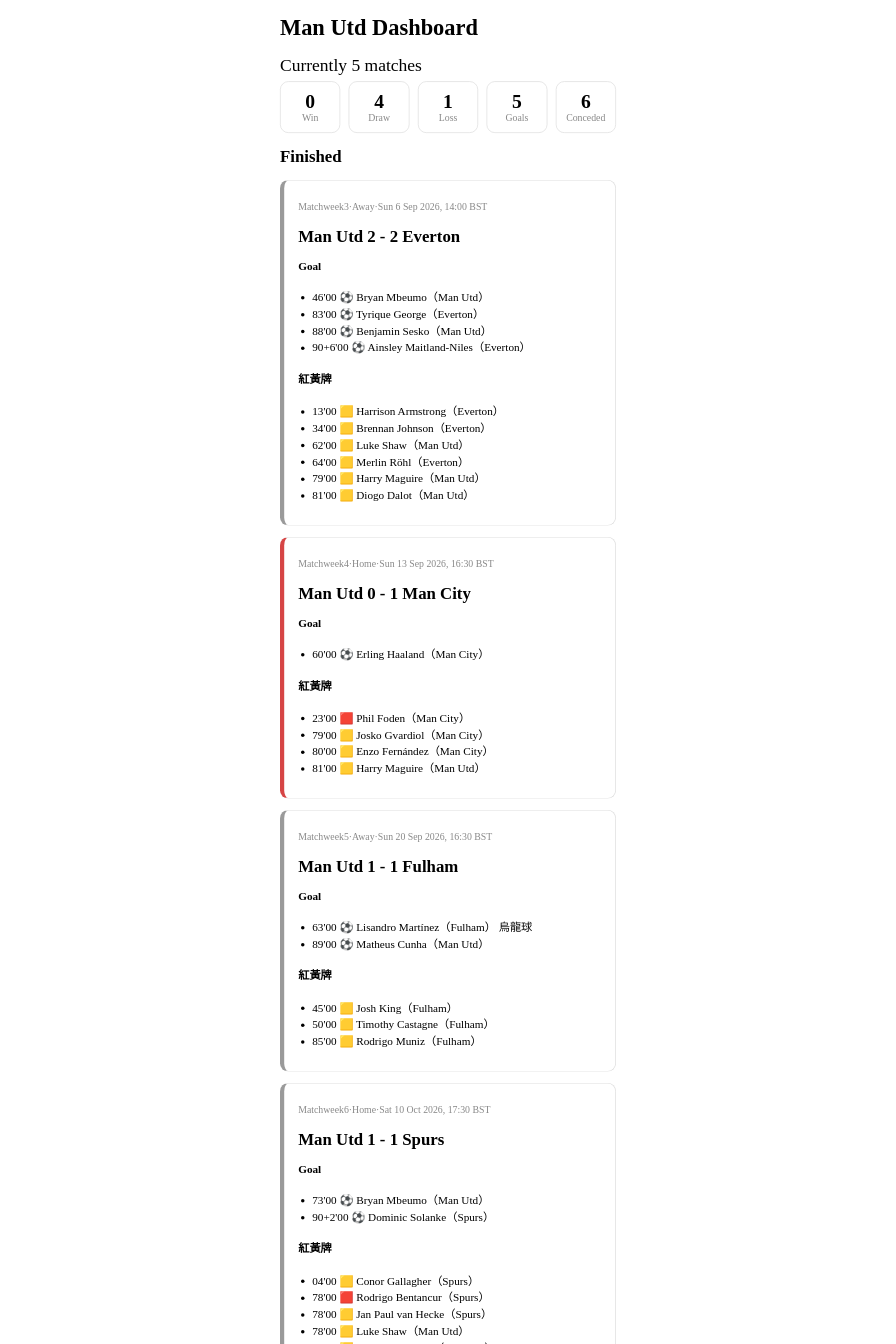
Repository: Chengyu0814/Premier-League-Dashboard
Page: / (app in frontend/)
The author's editor kept a copy of each file at every save. The page is drawn from the files as they stood at one save, then again after a run of saves.
The browser window is 1280 px wide. The pictures show the part of the page from y = 0 to 1920 px (the page is 2962 px tall before and 2932 px after), at 70% of full size.
The project was rebuilt for these pictures with package versions that can differ from the ones it lists, and the page was loaded fresh each time. Also part of the build but not shown: frontend/vite.config.js.

Above is the page before, as saved 2026-10-27 14:15:21.

### frontend/src/App.jsx
import PremierLeague from'./PremierLeague.jsx';
import "./index.css";

function App() {

  return (
    <>
    <PremierLeague/>
    </>
)
}

export default App

### frontend/src/PremierLeague.jsx
import { useState, useEffect } from 'react'
import MatchCard from './MatchCard.jsx'
 import Summary from './Summary.jsx'

function PremierLeague() {

  const [matches, setMatches] = useState([])

  useEffect(() => {
    fetch('/man_utd_summary.json')
      .then((res) => res.json())
      .then((data) => {setMatches(data)})
    }, [])

  const finished = matches.filter((m) => m.status === 'C')
  const upcoming = matches.filter((m) => m.status === 'U')

  return (
    <div className="dashboard">
    <h1>Man Utd Dashboard</h1>
    <Summary matches={finished}/>
     <h2>Finished</h2>
    {finished.map(
      (m) =>(<MatchCard key={m.gameweek} match={m} />)
    )}
    <h2>Upcoming</h2>
    {upcoming.map((m) => <MatchCard key={m.gameweek} match={m} />)}
    </div>
)
}

export default PremierLeague

### frontend/src/index.css
.dashboard {
    max-width: 480px;
    margin: 0 auto;
    padding: 0 16px;
}

.match-card{
    border: 1px solid #ddd;
    border-radius: 12px;
    padding: 16px 20px;
    margin: 16px 0;
    max-width: 480px;
    text-align: left;
}

.match-card.result-W { border-left: 6px solid #2e9e5b; }
.match-card.result-D { border-left: 6px solid #9a9a9a; }
.match-card.result-L { border-left: 6px solid #d64545; }

.match-card .kickoff{
    color: #888;
    font-size: 14px;
}

.match-card ul{
    padding-left: 20px;
}

.summary {
    display: flex;
    gap: 12px;
    max-width: 480px;
}
.stat {
    flex: 1;
    border: 1px solid #ddd;
    border-radius: 12px;
    padding: 12px 0;
    text-align: center;
}
.stat-value {
    font-size: 28px;
    font-weight: bold;
}
.stat-label {
    color: #888;
    font-size: 14px;
}
.match-card.upcoming {
    border-style: dashed;
  }

.match-count {
    color: black;
    font-size: 25px;
    margin-bottom: 8px;
    text-align: left;
}

### frontend/src/MatchCard.jsx
import { getSides, getResult } from './matchUtils.js'

const CARD_LABEL = { Y: '🟨', R: '🟥', YR: '🟨🟥' }

function MatchCard({ match }) {
  const { gameweek, kickoff, status, goals, cards } = match
  const { isHome, us, them } = getSides(match)
  const venue = isHome ? 'Home' : 'Away'

  if (status !== 'C') {
  return (
    <div className="match-card upcoming">
      <p className="kickoff">Matchweek{gameweek}·{venue}·{kickoff}</p>
      <h2>{us.team} vs {them.team}</h2>
    </div>
  )
  }
  const { result } = getResult(match)
  return (
  <div className={`match-card result-${result}`}>
    <p className="kickoff">Matchweek{gameweek}·{venue}·{kickoff}</p>
    <h2>{us.team} {us.score} - {them.score} {them.team}</h2>

    <h4>Goal</h4>
    <ul>
    {goals.map((g, i) => (
      <li key={i}>
        {g.time} ⚽ {g.player}（{g.team}）
        {g.type === 'O' && ' 烏龍球'}
        {g.type === 'P' && ' 點球'}
      </li>
      ))}

    </ul>
    <h4>紅黃牌</h4>
    <ul>
      {cards.map((c, i) => (
        <li key={i}>
          {c.time} {CARD_LABEL[c.card]} {c.player}（{c.team}）
        </li>
    ))}
    </ul>
  </div>
  )
}

export default MatchCard

### frontend/src/Summary.jsx
import { getResult } from './matchUtils.js'

function Summary({ matches }) {
    let win = 0, draw = 0, loss = 0, goalsFor = 0, goalsAgainst = 0

    for (const m of matches) {

        const {us, them, result} = getResult(m)

        goalsFor += us.score
        goalsAgainst += them.score
        if (result==="W") win++
        else if (result==="D") draw++
        else loss++
    }

    const stats = [
        { label: 'Win', value: win },
        { label: 'Draw', value: draw },
        { label: 'Loss', value: loss },
        { label: 'Goals', value: goalsFor },
        { label: 'Conceded', value: goalsAgainst }
    ]

    return (
    <div>
    <div className="match-count">Currently {matches.length} matches</div>
    <div className="summary">
        {stats.map((s) => (
        <div key={s.label} className="stat">
            <div className="stat-value">{s.value}</div>
            <div className="stat-label">{s.label}</div>
        </div>
        ))}
    </div>
    </div>
    )
}

export default Summary

### frontend/src/matchUtils.js
export const TEAM = 'Man Utd'

export function getSides(match) {
    const isHome = match.home.team === TEAM
    const us = isHome ? match.home : match.away
    const them = isHome ? match.away : match.home
    return { isHome, us, them }
}

export function getResult(match) {
    const { us, them } = getSides(match)

    let result = 'D'
    if (us.score > them.score) result = 'W'
    else if (us.score < them.score) result = 'L'

    return { us, them, result }
}

### frontend/public/man_utd_summary.json
[
  {
    "gameweek": 3,
    "kickoff": "Sun 6 Sep 2026, 14:00 BST",
    "status": "C",
    "home": {
      "team": "Everton",
      "score": 2
    },
    "away": {
      "team": "Man Utd",
      "score": 2
    },
    "goals": [
      {
        "time": "46'00",
        "team": "Man Utd",
        "player": "Bryan Mbeumo",
        "type": "G"
      },
      {
        "time": "83'00",
        "team": "Everton",
        "player": "Tyrique George",
        "type": "G"
      },
      {
        "time": "88'00",
        "team": "Man Utd",
        "player": "Benjamin Sesko",
        "type": "G"
      },
      {
        "time": "90+6'00",
        "team": "Everton",
        "player": "Ainsley Maitland-Niles",
        "type": "G"
      }
    ],
    "cards": [
      {
        "time": "13'00",
        "team": "Everton",
        "player": "Harrison Armstrong",
        "card": "Y"
      },
      {
        "time": "34'00",
        "team": "Everton",
        "player": "Brennan Johnson",
        "card": "Y"
      },
      {
        "time": "62'00",
        "team": "Man Utd",
        "player": "Luke Shaw",
        "card": "Y"
      },
      {
        "time": "64'00",
        "team": "Everton",
        "player": "Merlin Röhl",
        "card": "Y"
      },
      {
        "time": "79'00",
        "team": "Man Utd",
        "player": "Harry Maguire",
        "card": "Y"
      },
      {
        "time": "81'00",
        "team": "Man Utd",
        "player": "Diogo Dalot",
        "card": "Y"
      }
    ]
  },
  {
    "gameweek": 4,
    "kickoff": "Sun 13 Sep 2026, 16:30 BST",
    "status": "C",
    "home": {
      "team": "Man Utd",
      "score": 0
    },
    "away": {
      "team": "Man City",
      "score": 1
    },
    "goals": [
      {
        "time": "60'00",
        "team": "Man City",
        "player": "Erling Haaland",
        "type": "G"
      }
    ],
    "cards": [
      {
        "time": "23'00",
        "team": "Man City",
        "player": "Phil Foden",
        "card": "R"
      },
      {
        "time": "79'00",
        "team": "Man City",
        "player": "Josko Gvardiol",
        "card": "Y"
      },
      {
        "time": "80'00",
        "team": "Man City",
        "player": "Enzo Fernández",
        "card": "Y"
      },
      {
        "time": "81'00",
        "team": "Man Utd",
        "player": "Harry Maguire",
        "card": "Y"
      }
    ]
  },
  {
    "gameweek": 5,
    "kickoff": "Sun 20 Sep 2026, 16:30 BST",
    "status": "C",
    "home": {
      "team": "Fulham",
      "score": 1
    },
    "away": {
      "team": "Man Utd",
      "score": 1
    },
    "goals": [
      {
        "time": "63'00",
        "team": "Fulham",
        "player": "Lisandro Martínez",
        "type": "O"
      },
      {
        "time": "89'00",
        "team": "Man Utd",
        "player": "Matheus Cunha",
        "type": "G"
      }
    ],
    "cards": [
      {
        "time": "45'00",
        "team": "Fulham",
        "player": "Josh King",
        "card": "Y"
      },
      {
        "time": "50'00",
        "team": "Fulham",
        "player": "Timothy Castagne",
        "card": "Y"
      },
      {
        "time": "85'00",
        "team": "Fulham",
        "player": "Rodrigo Muniz",
        "card": "Y"
      }
    ]
  },
  {
    "gameweek": 6,
    "kickoff": "Sat 10 Oct 2026, 17:30 BST",
    "status": "C",
    "home": {
      "team": "Man Utd",
      "score": 1
    },
    "away": {
      "team": "Spurs",
      "score": 1
    },
    "goals": [
      {
        "time": "73'00",
        "team": "Man Utd",
        "player": "Bryan Mbeumo",
        "type": "G"
      },
      {
        "time": "90+2'00",
        "team": "Spurs",
        "player": "Dominic Solanke",
        "type": "G"
      }
    ],
    "cards": [
      {
        "time": "04'00",
        "team": "Spurs",
        "player": "Conor Gallagher",
        "card": "Y"
      },
      {
        "time": "78'00",
        "team": "Spurs",
        "player": "Rodrigo Bentancur",
        "card": "R"
      },
      {
        "time": "78'00",
        "team": "Spurs",
        "player": "Jan Paul van Hecke",
        "card": "Y"
      },
      {
        "time": "78'00",
        "team": "Man Utd",
        "player": "Luke Shaw",
        "card": "Y"
      },
      {
        "time": "84'00",
        "team": "Man Utd",
        "player": "Bruno Fernandes",
        "card": "Y"
      },
      {
        "time": "87'00",
        "team": "Man Utd",
        "player": "Lisandro Martínez",
        "card": "Y"
      },
      {
        "time": "90+6'00",
        "team": "Man Utd",
        "player": "Diogo Dalot",
        "card": "Y"
      },
      {
        "time": "90+8'00",
        "team": "Spurs",
        "player": "Archie Gray",
        "card": "Y"
      }
    ]
  },
  {
    "gameweek": 7,
    "kickoff": "Sun 18 Oct 2026, 14:00 BST",
    "status": "C",
    "home": {
      "team": "Leeds",
      "score": 1
    },
    "away": {
      "team": "Man Utd",
      "score": 1
    },
    "goals": [
      {
        "time": "35'00",
        "team": "Man Utd",
        "player": "Bryan Mbeumo",
        "type": "G"
      },
      {
        "time": "51'00",
        "team": "Leeds",
        "player": "Dominic Calvert-Lewin",
        "type": "G"
      }
    ],
    "cards": [
      {
        "time": "17'00",
        "team": "Man Utd",
        "player": "Bruno Fernandes",
        "card": "Y"
      },
      {
        "time": "19'00",
        "team": "Leeds",
        "player": "Gabriel Gudmundsson",
        "card": "Y"
      },
      {
        "time": "90+2'00",
        "team": "Man Utd",
        "player": "Andrey Santos",
        "card": "Y"
      },
      {
        "time": "90+2'00",
        "team": "Leeds",
        "player": "Ethan Ampadu",
        "card": "Y"
      }
    ]
  },
  {
    "gameweek": 8,
    "kickoff": "Sun 25 Oct 2026, 14:00 GMT",
    "status": "U",
    "home": {
      "team": "Man Utd",
      "score": null
    },
    "away": {
      "team": "Bournemouth",
      "score": null
    },
    "goals": [],
    "cards": []
  },
  {
    "gameweek": 9,
    "kickoff": "Sat 31 Oct 2026, 12:30 GMT",
    "status": "U",
    "home": {
      "team": "Chelsea",
      "score": null
    },
    "away": {
      "team": "Man Utd",
      "score": null
    },
    "goals": [],
    "cards": []
  },
  {
    "gameweek": 10,
    "kickoff": "Sun 8 Nov 2026, 16:30 GMT",
    "status": "U",
    "home": {
      "team": "Man Utd",
      "score": null
    },
    "away": {
      "team": "Aston Villa",
      "score": null
    },
    "goals": [],
    "cards": []
  }
]

Loaded but not shown: frontend/index.html (common file); frontend/src/main.jsx (common file)

After the next 3 saves:
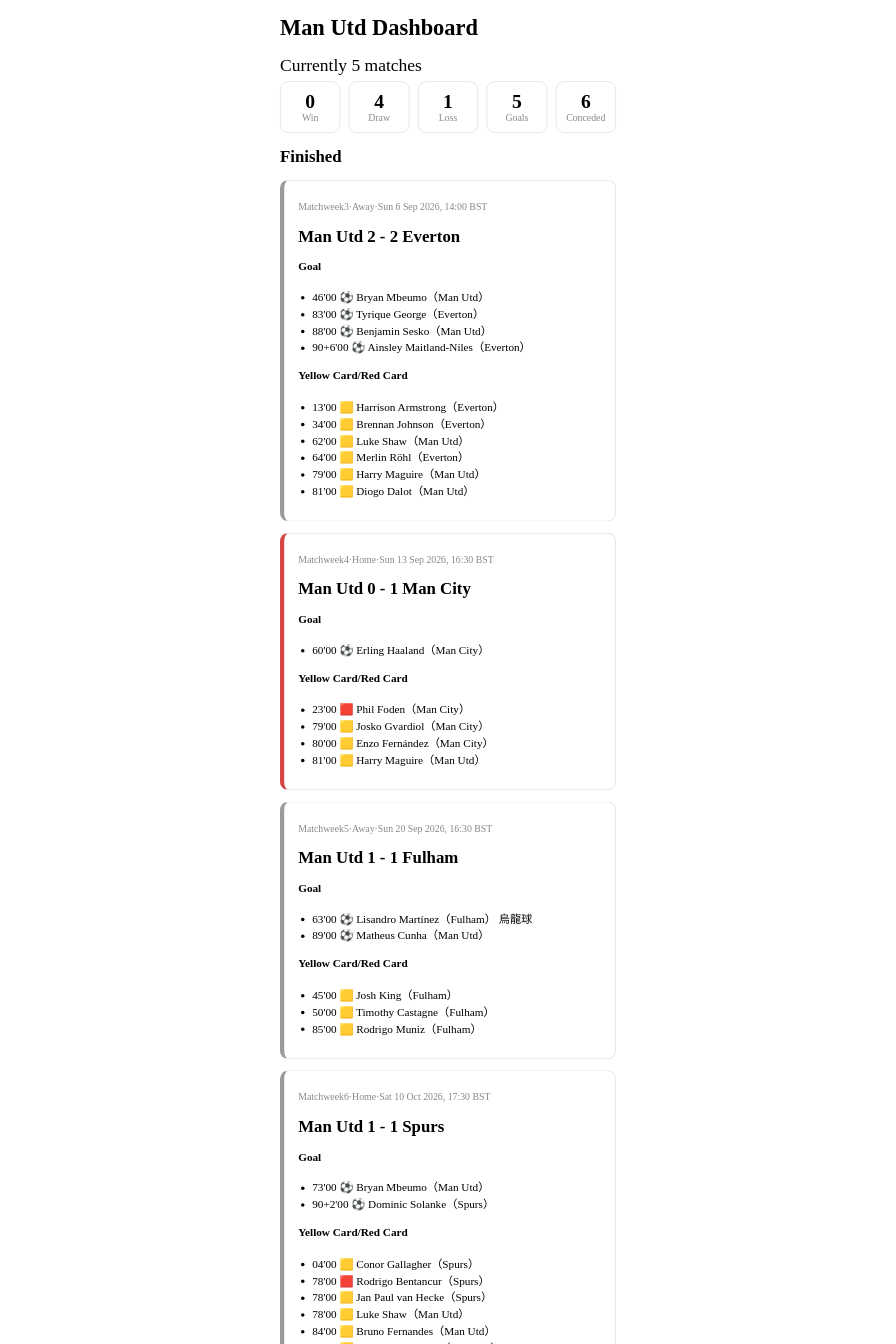
The 3 saves are shown as one change because they came seconds apart.
The last was saved 46 s later.
--- a/frontend/src/MatchCard.jsx
+++ b/frontend/src/MatchCard.jsx
@@ -32,7 +32,7 @@
       ))}
 
     </ul>
-    <h4>紅黃牌</h4>
+    <h4>Yellow Card/Red Card</h4>
     <ul>
       {cards.map((c, i) => (
         <li key={i}>
